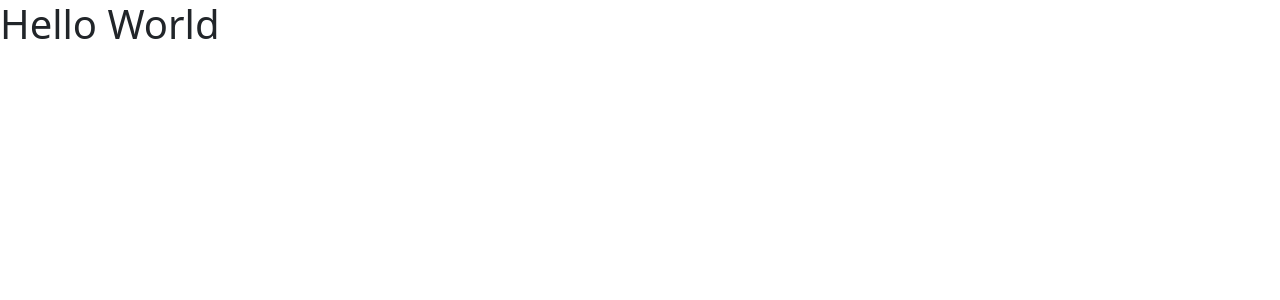
Repository: zjria/panda-e-commerce-
Page: index.html
These files come from the project's save history. The page is drawn as it stood at one moment and after the next save; the edit follows.
The browser window is 1280 px wide. The pictures show the whole page.

Above is the page before, as saved 2022-09-29 12:17:38.

### index.html
<!DOCTYPE html>
<html lang="en">

<head>
    <meta charset="UTF-8">
    <meta http-equiv="X-UA-Compatible" content="IE=edge">
    <meta name="viewport" content="width=device-width, initial-scale=1.0">
    <title>Panda E-Commerce Bootstrap</title>
    <!-- Bootstrap CSS Link -->
    <link href="https://cdn.jsdelivr.net/npm/bootstrap@5.0.2/dist/css/bootstrap.min.css" rel="stylesheet"
        integrity="sha384-EVSTQN3/azprG1Anm3QDgpJLIm9Nao0Yz1ztcQTwFspd3yD65VohhpuuCOmLASjC" crossorigin="anonymous">
    <!-- Custom CSS -->
    <link rel="stylesheet" href="style.css">

</head>

<body>

    <h1>Hello World</h1>








    <!-- Bootstrap JavaScript Link -->
    <script src="https://cdn.jsdelivr.net/npm/bootstrap@5.0.2/dist/js/bootstrap.bundle.min.js"
        integrity="sha384-MrcW6ZMFYlzcLA8Nl+NtUVF0sA7MsXsP1UyJoMp4YLEuNSfAP+JcXn/tWtIaxVXM" crossorigin="anonymous">
    </script>
</body>

</html>

Loaded but not shown: style.css (no stored copy; drawn as an empty file)

After the next save:
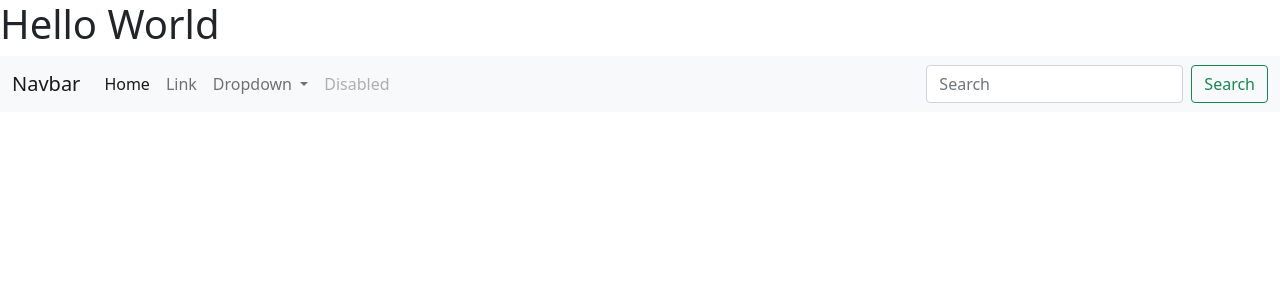
Saved 22 min 5 s later.
--- a/index.html
+++ b/index.html
@@ -17,7 +17,47 @@
 <body>
 
     <h1>Hello World</h1>
-
+    <nav class="navbar navbar-expand-lg navbar-light bg-light">
+        <div class="container-fluid">
+            <a class="navbar-brand" href="#">Navbar</a>
+            <button class="navbar-toggler" type="button" data-bs-toggle="collapse"
+                data-bs-target="#navbarSupportedContent" aria-controls="navbarSupportedContent" aria-expanded="false"
+                aria-label="Toggle navigation">
+                <span class="navbar-toggler-icon"></span>
+            </button>
+            <div class="collapse navbar-collapse" id="navbarSupportedContent">
+                <ul class="navbar-nav me-auto mb-2 mb-lg-0">
+                    <li class="nav-item">
+                        <a class="nav-link active" aria-current="page" href="#">Home</a>
+                    </li>
+                    <li class="nav-item">
+                        <a class="nav-link" href="#">Link</a>
+                    </li>
+                    <li class="nav-item dropdown">
+                        <a class="nav-link dropdown-toggle" href="#" id="navbarDropdown" role="button"
+                            data-bs-toggle="dropdown" aria-expanded="false">
+                            Dropdown
+                        </a>
+                        <ul class="dropdown-menu" aria-labelledby="navbarDropdown">
+                            <li><a class="dropdown-item" href="#">Action</a></li>
+                            <li><a class="dropdown-item" href="#">Another action</a></li>
+                            <li>
+                                <hr class="dropdown-divider">
+                            </li>
+                            <li><a class="dropdown-item" href="#">Something else here</a></li>
+                        </ul>
+                    </li>
+                    <li class="nav-item">
+                        <a class="nav-link disabled" href="#" tabindex="-1" aria-disabled="true">Disabled</a>
+                    </li>
+                </ul>
+                <form class="d-flex">
+                    <input class="form-control me-2" type="search" placeholder="Search" aria-label="Search">
+                    <button class="btn btn-outline-success" type="submit">Search</button>
+                </form>
+            </div>
+        </div>
+    </nav>
 
 
 
